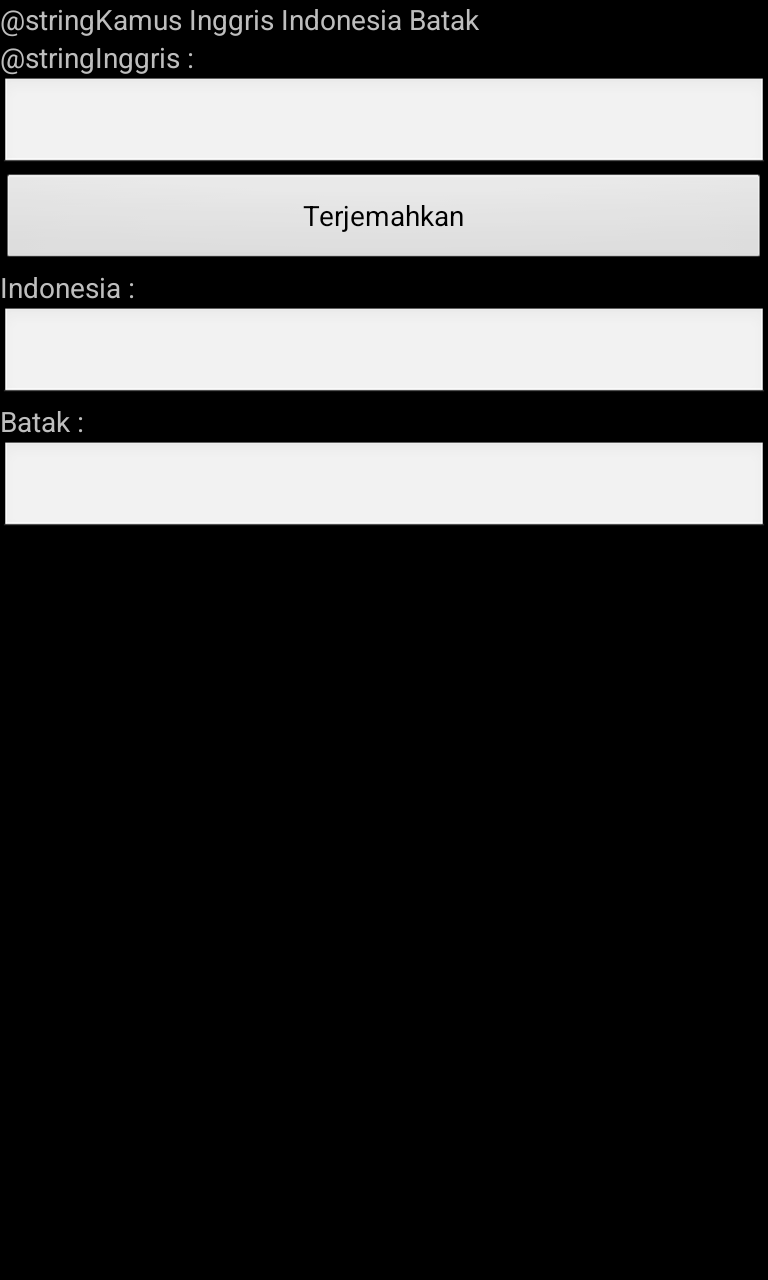
Repository: AndenWano/kamusbahasaindonesia
Layout: KamusKomputer/Kamus/res/layout/activity_show_kamus.xml
An editor plug-in stored every save of this project. The layout is shown before and after the next save, followed by the edit.
It is drawn on a 768 x 1280 px phone screen (xhdpi) without system bars, with theme android:Theme; the app's code is not run.

Above is the layout before, as saved 2014-12-21 10:12:56.

### KamusKomputer/Kamus/res/layout/activity_show_kamus.xml
<?xml version="1.0" encoding="utf-8"?>
<LinearLayout
xmlns:android="http://schemas.android.com/apk/res/android"
android:orientation="vertical"
android:layout_width="fill_parent"
android:layout_height="fill_parent"
>
<TextView
android:layout_width="fill_parent"
android:layout_height="wrap_content"
android:text="@stringKamus Inggris Indonesia Batak"
/>
<TextView
android:text="@stringInggris :"
android:id="@+id/TextView01"
android:layout_width="wrap_content"
android:layout_height="wrap_content">
</TextView>
<EditText
android:text=""
android:id="@+id/txtInggris"
android:layout_width="fill_parent"
android:layout_height="wrap_content"
/>
<Button
android:text="Terjemahkan"
android:id="@+id/btnTerjemah"
android:layout_width="fill_parent"
android:layout_height="wrap_content"
android:onClick="getTerjemahan"
/>
<TextView
android:text="Indonesia :"
android:id="@+id/TextView03"
android:layout_width="wrap_content"
android:layout_height="wrap_content"
/>
<EditText
android:text=""
android:id="@+id/txtIndonesia"
android:layout_width="fill_parent"
android:layout_height="wrap_content"
android:editable="false"
/>
<TextView
android:text="Batak :"
android:id="@+id/TextView04"
android:layout_width="wrap_content"
android:layout_height="wrap_content"
/>
<EditText
android:text=""
android:id="@+id/txtBatak"
android:layout_width="fill_parent"
android:layout_height="wrap_content"
android:editable="false"
/>
</LinearLayout>

After the next save:
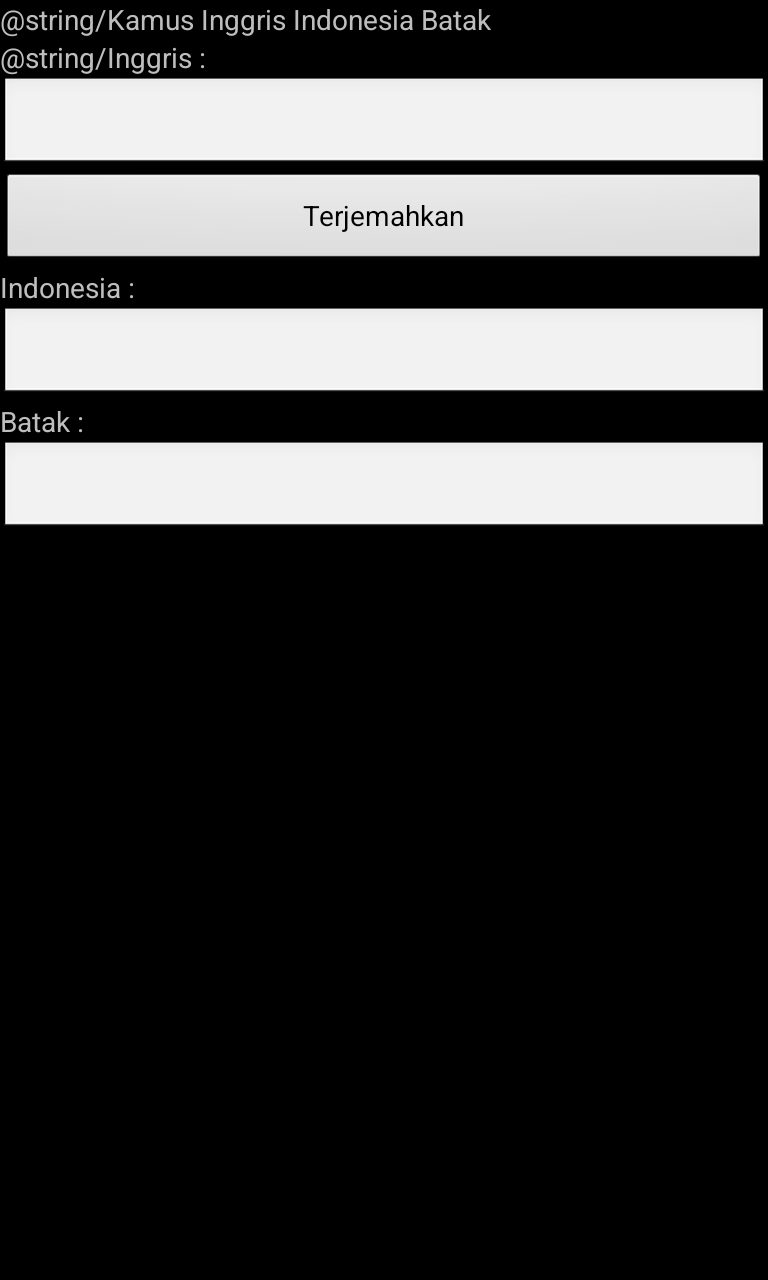
Saved 12 s later.
--- a/KamusKomputer/Kamus/res/layout/activity_show_kamus.xml
+++ b/KamusKomputer/Kamus/res/layout/activity_show_kamus.xml
@@ -8,10 +8,10 @@ android:layout_height="fill_parent"
 <TextView
 android:layout_width="fill_parent"
 android:layout_height="wrap_content"
-android:text="@stringKamus Inggris Indonesia Batak"
+android:text="@string/Kamus Inggris Indonesia Batak"
 />
 <TextView
-android:text="@stringInggris :"
+android:text="@string/Inggris :"
 android:id="@+id/TextView01"
 android:layout_width="wrap_content"
 android:layout_height="wrap_content">
